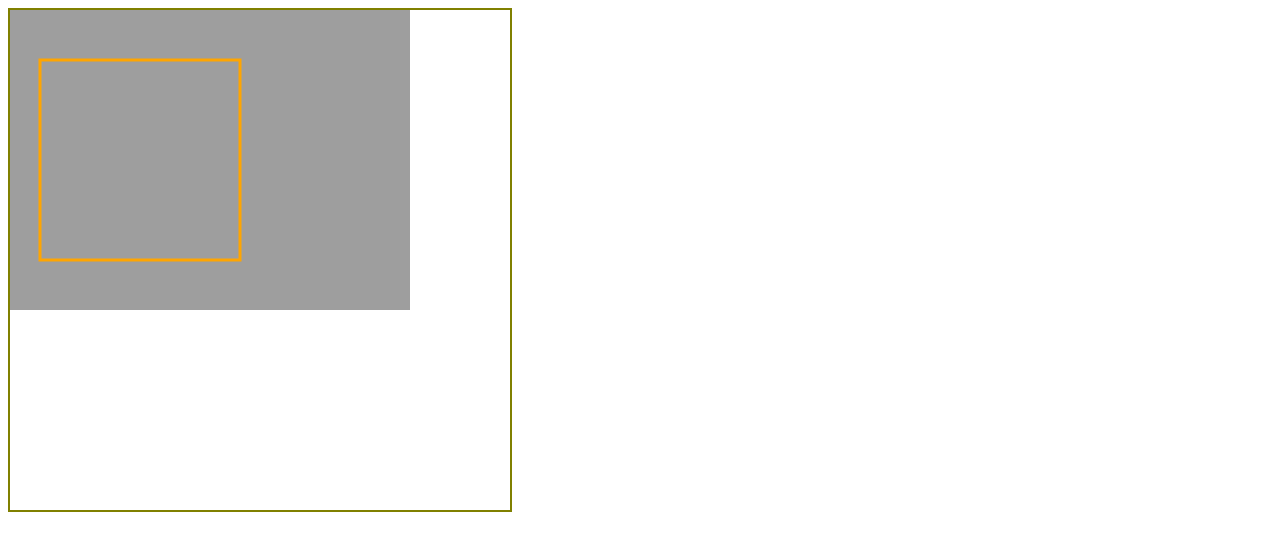
Repository: Backcoder-June/AI_Platform
Page: naverai/src/main/resources/static/cameratest.html
An editor plug-in stored every save of this project. The page is shown before and after the next save, followed by the edit.
The browser window is 1280 px wide. The pictures show the whole page.

Above is the page before, as saved 2022-09-02 07:14:01.

After the next save:
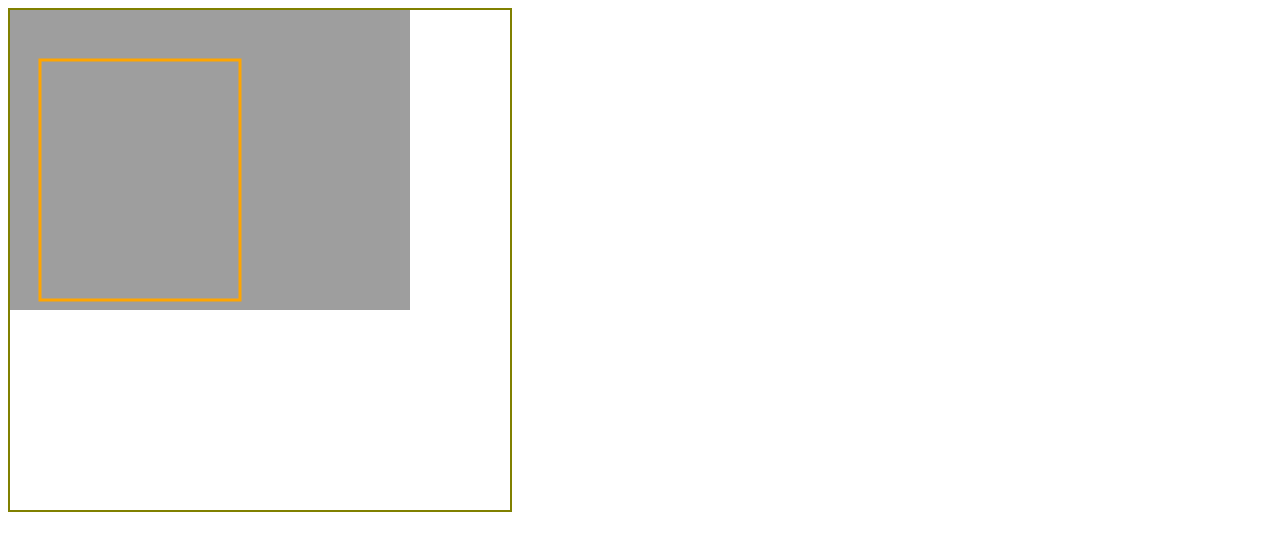
Saved 12 s later.
--- a/naverai/src/main/resources/static/cameratest.html
+++ b/naverai/src/main/resources/static/cameratest.html
@@ -16,7 +16,7 @@ $(document).ready(function(){
 		pencil.drawImage(myimage,0,0,myimage.width, myimage.height); /* 사진 불러오기 */
 		pencil.lineWidth = 3;
 		pencil.strokeStyle = "orange";
-		pencil.strokeRect(30,50,200,200);
+		pencil.strokeRect(30,50,200,240);
 	}
 
 
